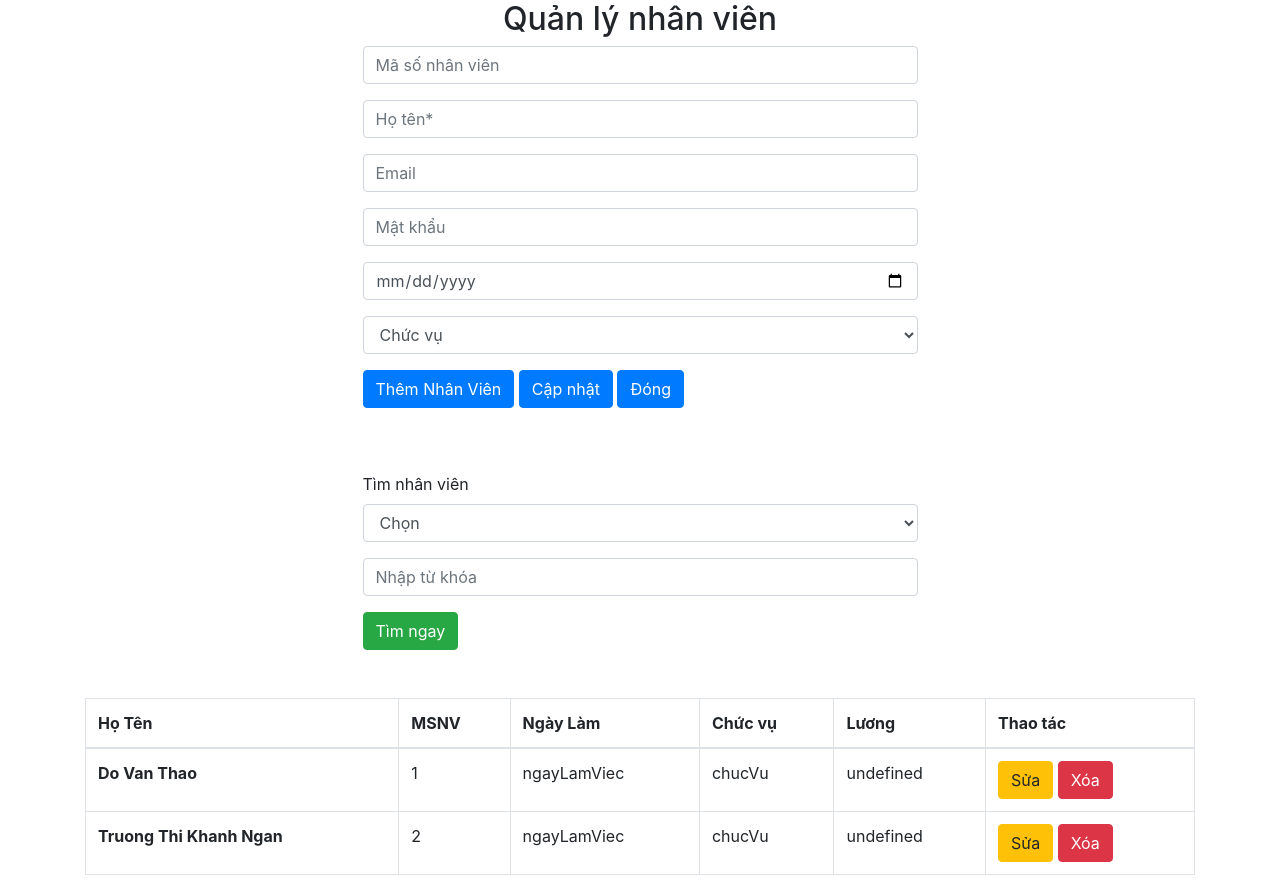
Repository: dovanthao2404/quanlynhanvien
Page: index.html
These files come from the project's save history. The page is drawn as it stood at one moment and after the next save; the edit follows.
The browser window is 1280 px wide. The pictures show the whole page.

Above is the page before, as saved 2021-06-30 00:58:04.

### index.html
<!DOCTYPE html>
<html lang="en">

<head>
  <meta charset="UTF-8">
  <meta http-equiv="X-UA-Compatible" content="IE=edge">
  <meta name="viewport" content="width=device-width, initial-scale=1.0">
  <title>Quan Ly Nhan Vien</title>
  <!-- BOOTSTRAP  -->
  <link rel="stylesheet" href="https://cdn.jsdelivr.net/npm/bootstrap@4.6.0/dist/css/bootstrap.min.css"
    integrity="sha384-B0vP5xmATw1+K9KRQjQERJvTumQW0nPEzvF6L/Z6nronJ3oUOFUFpCjEUQouq2+l" crossorigin="anonymous">
  <!-- MAIN CSS -->
  <link rel="stylesheet" href="./css/style.css">
</head>

<body>
  <div class="main">
    <div class="add-staff">
      <div class="container">
        <form>
          <div class="row">
            <div class="col">
              <div class="add-staff__content w-50 mx-auto">
                <div class="add-staff-title">
                  <h2 id="header-title" class="text-center">Quản lý nhân viên</h2>
                </div>
                <div class="form-group">
                  <input type="text" class="form-control" id="msnv" placeholder="Mã số nhân viên">
                  <span id="thongBaoMNV" class="sp-thongbao text-danger"></span>
                </div>
                <div class="form-group">
                  <input type="text" class="form-control" id="hoTen" placeholder="Họ tên*">
                  <span id="thongBaoHo" class="sp-thongbao text-danger"></span>
                </div>
                <div class="form-group">
                  <input type="text" class="form-control" id="email" placeholder="Email">
                  <span id="thongBaoMNV" class="sp-thongbao text-danger"></span>
                </div>
                <div class="form-group">
                  <input type="password" class="form-control" id="matKhau" placeholder="Mật khẩu">
                  <span id="thongBaoMNV" class="sp-thongbao text-danger"></span>

                </div>
                <div class="form-group">
                  <input type="date" class="form-control" id="ngayLam">
                  <span id="thongBaoNgayLam" class="sp-thongbao text-danger"></span>

                </div>
                <div class="form-group">
                  <select id="chucVu" class="form-control">
                    <option selected>Chức vụ</option>
                    <option>Sếp</option>
                    <option>Trưởng Phòng</option>
                    <option>Nhân Viên</option>
                  </select>
                  <span id="thongBaoChucVu" class="sp-thongbao text-danger"></span>

                </div>
                <div class="form-group">

                  <button class="btn btn-primary" type="button" id="btnThemNhanVien">Thêm Nhân Viên</button>
                  <button class="btn btn-primary" type="button" id="btnCapNhat">Cập nhật</button>
                  <button class="btn btn-primary" type="button" id="btnDong">Đóng</button>
                </div>
              </div>
            </div>
          </div>

        </form>
      </div>
    </div>
    <div class="search-staff my-5">
      <div class="container">
        <div class="add-staff__content w-50 mx-auto">
          <div class="form-group">
            <label for="">Tìm nhân viên</label>
            <select id="" class="form-control">
              <option selected>Chọn</option>
              <option>Theo Tên</option>
              <option>Theo mã</option>
            </select>
            <span class="sp-thongbao text-danger"></span>
          </div>
          <div class="form-group">
            <input class="form-control" type="text" placeholder="Nhập từ khóa">
          </div>
          <div class="form-group">
            <input class="btn btn-success" type="button" value="Tìm ngay">
          </div>
        </div>
      </div>
    </div>
  </div>

  <div class="list-staff">
    <div class="container">
      <div id="list-staff__content">
        <table id="" class="table table-bordered">
          <thead>
            <tr>
              <th scope="col">Họ Tên</th>
              <th scope="col">MSNV</th>
              <th scope="col">Ngày Làm</th>
              <th scope="col">Chức vụ</th>
              <th scope="col">Lương</th>
              <th scope="col">Thao tác</th>
            </tr>
          </thead>
          <tboby>
            <tr>
              <th scope="row">a</th>
              <td>Jacob</td>
              <td>Thornton</td>
              <td>@fat</td>
              <td>Jacob</td>
              <td>
                <button class="btn btn-warning" id="sua">Sửa</button>
                <button class="btn btn-danger" id="xoa">Xóa</button>
              </td>
            </tr>
          </tboby>
        </table>
      </div>
    </div>
  </div>
  <!-- BOOSTRAP -->
  <script src="https://code.jquery.com/jquery-3.5.1.slim.min.js"
    integrity="sha384-DfXdz2htPH0lsSSs5nCTpuj/zy4C+OGpamoFVy38MVBnE+IbbVYUew+OrCXaRkfj"
    crossorigin="anonymous"></script>
  <script src="https://cdn.jsdelivr.net/npm/bootstrap@4.6.0/dist/js/bootstrap.bundle.min.js"
    integrity="sha384-Piv4xVNRyMGpqkS2by6br4gNJ7DXjqk09RmUpJ8jgGtD7zP9yug3goQfGII0yAns"
    crossorigin="anonymous"></script>
  <script src="./js/NhanVien.js"></script>
  <script src="js/CongTy.js"></script>
  <script src="js/main.js"></script>
</body>

</html>

### js/NhanVien.js
class NhanVien {

  constructor(maNV, hoTen, email, matKhau, ngayLamViec, chucVu) {
    this.maNV = maNV;
    this.hoTen = hoTen;
    this.email = email;
    this.matKhau = matKhau;
    this.ngayLamViec = ngayLamViec;
    this.chucVu = chucVu;
    this.mangDoiChieu = [this.maNV, this.hoTen, this.email
      , this.matKhau, this.ngayLamViec, this.chucVu];
  }
}

### js/CongTy.js
class CongTy {
  constructor() {
    this.DanhSachNhanVien = [];
  }
  // Phương thức thêm nhân viên mới vào mảng (thuộc tính) DanhSachNhanVien
  ThemNhanVien(nhanVienMoi) {
    this.DanhSachNhanVien = [...this.DanhSachNhanVien, nhanVienMoi];
  }

  // Phước thức tìm nhân viên theo mã nhân viên, trả về vị trí nhân viên trong mảng DanhSachNhanVien
  TimViTriNhanVien(maNV) {
    // return this.DanhSachNhanVien.find(nhanVien => nhanVien.maNV === maNV)
    for (let viTri in this.DanhSachNhanVien) {
      if (this.DanhSachNhanVien[viTri].maNV === maNV) {
        return viTri;
      }
    }
    return -1;
  }

  // Tìm nhân viên theo mã trả về nhân viên
  TimNhanVienTheoMa(maNV) {
    let viTri = this.TimViTriNhanVien(maNV);
    if (viTri != -1) {
      return this.DanhSachNhanVien[viTri];
    } else {
    }
  }

  // Xóa nhân viên theo mã
  XoaNhanVien(maNV) {
    let viTri = this.TimViTriNhanVien(maNV);
    if (viTri != -1) {
      this.DanhSachNhanVien.splice(viTri, 1);
    } else {
    }
  }

  // Sửa nhân viên
  SuaNhanVien(nhanVien) {
    let viTri = this.TimViTriNhanVien(nhanVien.maNV);
    this.DanhSachNhanVien[viTri] = nhanVien;
  }

  // Tìm nhân viên theo tên --> trả về danh sách nhân viên
  TimNhanVienTheoTen(hoTen) {
    let dskq = new CongTy();
    hoTen = hoTen.trim().toUpperCase();
    for (let nhanVien of this.DanhSachNhanVien) {
      let hoTenNV = nhanVien.hoTen.trim().toUpperCase();
      if (hoTenNV.search(hoTen) !== -1) {
        dskq.ThemNhanVien(nhanVien);
      }
    }
    return dskq;
  }
}

### js/main.js
function getEle(ele) {
  return document.getElementById(ele);
}

var congTy = new CongTy();
var nhanVienMoi = new NhanVien('1', "Do Van Thao", 'abc@gmail.com', 'truongthikhanhngan', 'ngayLamViec', 'chucVu');
congTy.ThemNhanVien(nhanVienMoi);
nhanVienMoi = new NhanVien('2', "Truong Thi Khanh Ngan", 'abc@gmail.com', 'truongthikhanhngan', 'ngayLamViec', 'chucVu');
congTy.ThemNhanVien(nhanVienMoi);

// Ham goi modal popup: Them Nhan Vien or Sua thong tin nhan vien
GoiModal = (modal_title, readonly = false, type = 1) => {
  // type = 1: them nhan vien, type = 2: sua thong tin
  getEle('header-title').innerHTML = modal_title;
  getEle('msnv').readonly = readonly;

  switch (type) {
    case 1: //Them nhanVien
      getEle("btnThemNhanVien").style.display = "inline-block";
      getEle("btnCapNhat").style.display = "none";
      getEle("btnDong").style.display = "inline-block";
      break;

    case 2:
      getEle("btnCapNhat").style.display = "inline-block";
      getEle("btnThemNhanVien").style.display = "none";
      getEle("btnDong").style.display = "inline-block";
      break;
  }
}

// Reset form
XoaForm = () => {
  let elements = document.getElementsByTagName('input');
  for (let element of elements) {
    element.value = '';
  }
  document.getElementById('chucVu').selectedIndex = 0;
}

let trangHienThi = 1;
// HienThiDanhSach = (dsnv) => {
//   let tbody = getEle("tableDanhSach");
//   let htmls = '';
//   let soNV = dsnv.length;
//   for (let i = 0; i < soNV; i++) {
//     htmls += `<tr>
//       <th scope="row">${dsnv[i].maNV}</th>
//       <td>Jacob</td>
//       <td>Thornton</td>
//       <td>@fat</td>
//       <td>Jacob</td>
//       <td>Thornton</td>
//       <td>
//         <button class="btn btn-warning" id="sua">Sửa</button>
//         <button class="btn btn-danger" id="xoa">Xóa</button>
//       </td>
//     </tr>`
//   }
//   tbody.innerHTML = htmls;
// }
// HienThiDanhSach(congTy.DanhSachNhanVien);

function HienThiDanhSach(dsnv) {
  var tbody = document.querySelector('table tbody');
  // let tbody = getEle("tableDanhSach");
  var htmls = '';
  let soNV = dsnv.length;
  for (let i = 0; i < soNV; i++) {
    htmls += `<tr>
          <th scope="row">${dsnv[i].hoTen}</th>
          <td>${dsnv[i].maNV}</td>
          <td>${dsnv[i].ngayLamViec}</td>
          <td>${dsnv[i].chucVu}</td>
          <td>${dsnv[i].luong}</td>
          <td>
            <button class="btn btn-warning" id="sua">Sửa</button>
            <button class="btn btn-danger" id="xoa">Xóa</button>
          </td>
        </tr>`
  }
  tbody.innerHTML = htmls;
}
HienThiDanhSach(congTy.DanhSachNhanVien);

Loaded but not shown: css/style.css (common file)

After the next save:
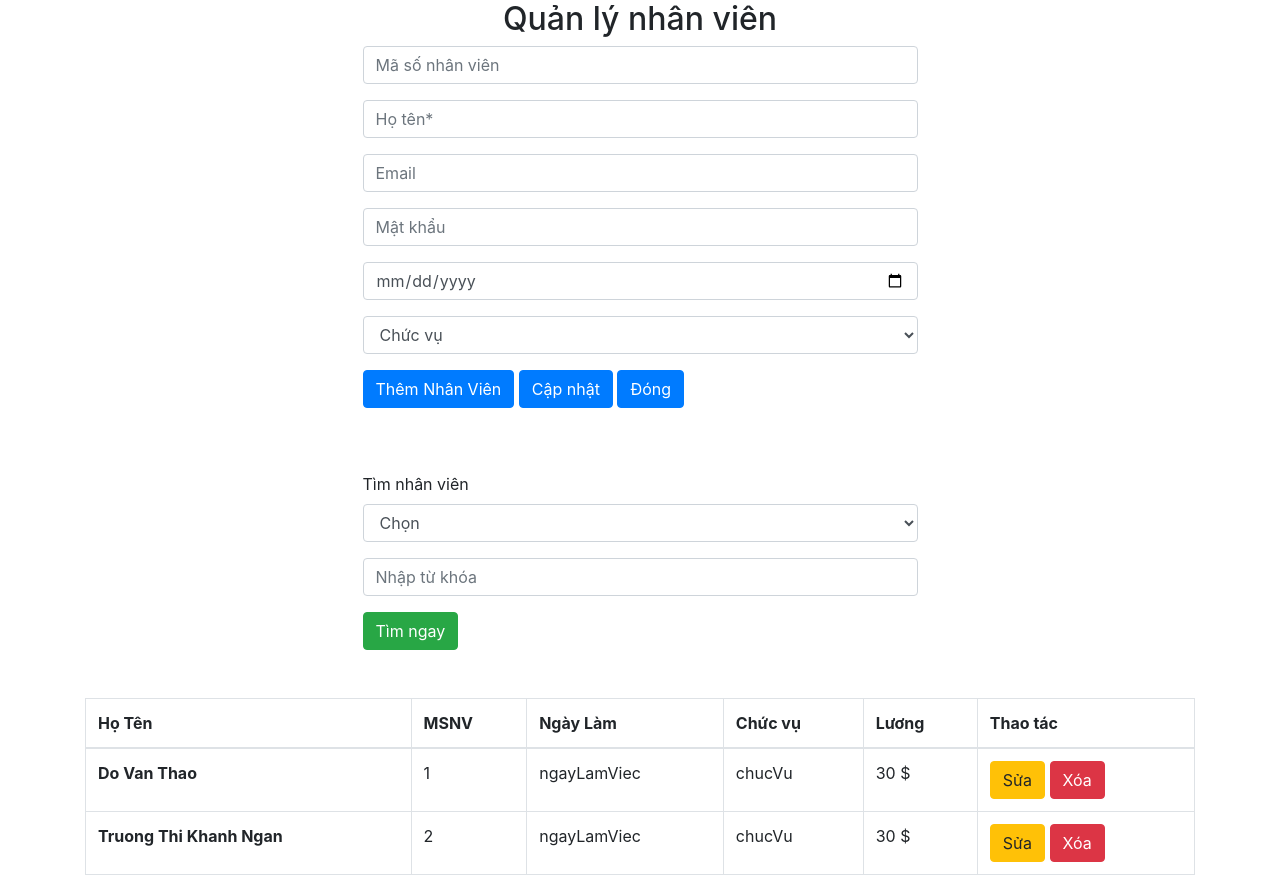
Saved 13 s later.
--- a/js/main.js
+++ b/js/main.js
@@ -72,7 +72,7 @@ function HienThiDanhSach(dsnv) {
           <td>${dsnv[i].maNV}</td>
           <td>${dsnv[i].ngayLamViec}</td>
           <td>${dsnv[i].chucVu}</td>
-          <td>${dsnv[i].luong}</td>
+          <td>30 $</td>
           <td>
             <button class="btn btn-warning" id="sua">Sửa</button>
             <button class="btn btn-danger" id="xoa">Xóa</button>
